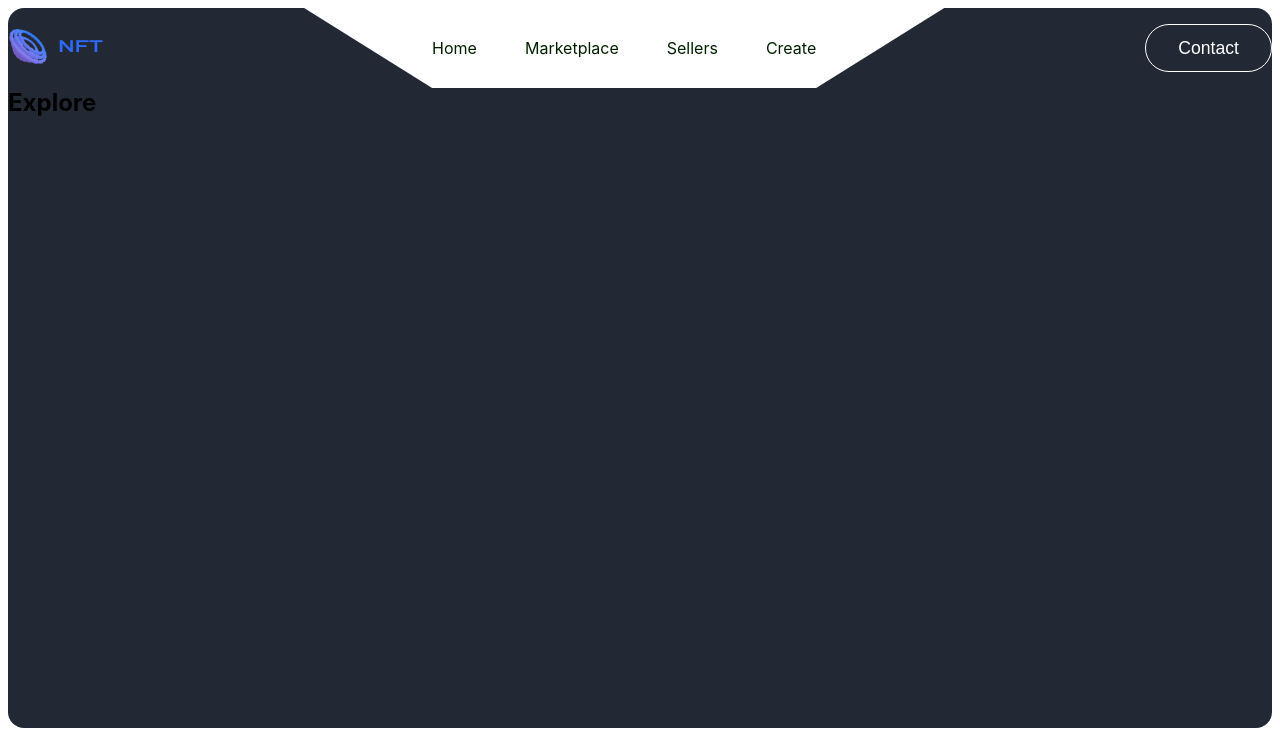
Repository: Ellisvelandia/NFT
Page: /
An editor plug-in stored every save of this project. The page is shown before and after the next save, followed by the edit.
The browser window is 1280 px wide. The pictures show the whole page.
The project was rebuilt for these pictures with package versions that can differ from the ones it lists, and the page was loaded fresh each time.

Above is the page before, as saved 2022-08-21 15:01:23.

After the next save:
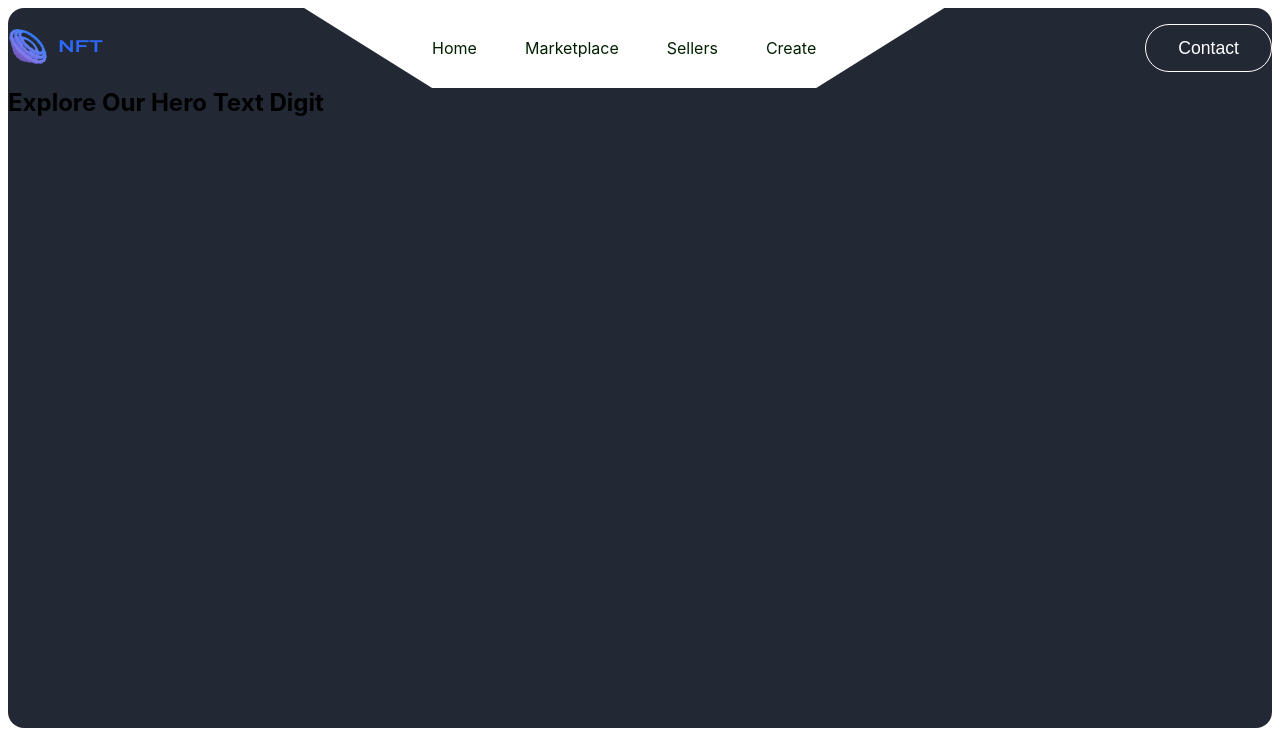
Saved 9 s later.
--- a/src/components/Home.jsx
+++ b/src/components/Home.jsx
@@ -10,7 +10,7 @@
       <div className="container">
         <div className="content">
           <h1>
-            Explore
+            Explore Our Hero Text Digit
           </h1>
         </div>
       </div>
